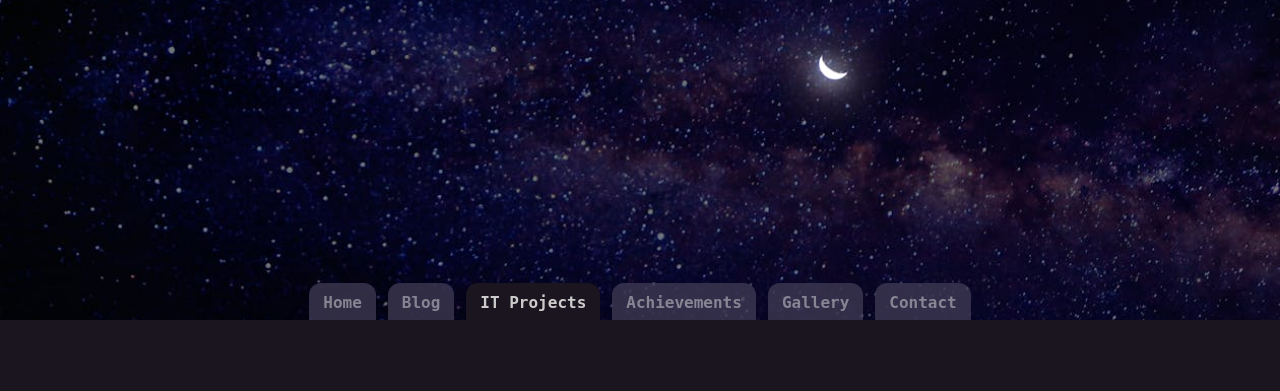
Repository: JMauve2233248/JiajyStudio
Page: Home.html
An editor plug-in stored every save of this project. The page is shown before and after the next save, followed by the edit.
The browser window is 1280 px wide. The pictures show the whole page.

Above is the page before, as saved 2026-03-04 21:10:44.

### Home.html
<!DOCTYPE html>
<html lang="en">
    <head>
        <meta charset="UTF-8" />
        <meta name="viewport" content="width=device-width, initial-scale=1.0" />
        <title>IT Portfolio</title>
        <link rel="stylesheet" href="styles.css" />
    </head>
    <body>
        <!--Header image-->
        <div class="header-image">
            <img src="images/header.png" alt="Header Image"/>
        </div>

        <nav class="tabs">
            <a class="tab" href="Home.html">Home</a>
            <a class="tab" href="Blog.html">Blog</a>
            <a class="tab active" href="ITprojects.html">IT Projects</a>
            <a class="tab" href="Achievement.html">Achievements</a>
            <a class="tab" href="Gallery.html">Gallery</a>
            <a class="tab" href="Contact.html">Contact</a>
        </nav>
    </body>
</html>

### styles.css
:root {
    /* Define color variables */
    /* Dark Mode*/
    --background-color: #1a151f; /*Dark Purple*/
    --purple-color: #3F3381; /*Purple*/
    --purple-glow-color: #dfdae7; /*Lighter Purple for Glow Effect*/
    --yellow-color: #FFD700; /*Yellow*/
}

body {
    font-family: 'Monospace', 'Lucida Sans', 'Lucida Sans Regular', 'Lucida Grande', 'Lucida Sans Unicode', Geneva, Verdana, sans-serif;
    background-color: var(--background-color);
    color: white;
    margin: 0;
}

footer {
    font-size: 0.5em;
    text-align: center;
    color: white;
}

/*Navigation Bar*/
.tabs {
    display: flex;
    gap: 12px;
    align-items: flex-end;
    padding: 0 16px;
    border-radius: 2px;
    background: none;
    position: relative;
    margin-top: -39px;
    justify-content: center;
    z-index: 10;
}

.tab {
    position: relative;
    padding: 10px 14px 8px;
    color: rgba(255, 255, 255, 0.416);
    text-decoration: none;
    font-weight: 600;
    background: rgba(64, 59, 84, 0.75);
    border-bottom: none;
    border-top-left-radius: 12px;
    border-top-right-radius: 12px;
    transform: translateY(2px);
}

.tab::before {
    content: "";
    position: absolute;
    top: -10px;
    left: 10px;
    width: 22px;
    height: 12px;
    border-bottom: none;
    border-top-left-radius: 10px;
    border-top-right-radius: 10px;
}

.tab:hover {
    color: var(--yellow-color);
}

.tab.active {
    background-color: var(--background-color);
    color: #ccc;
}

.tab.active:hover {
    color: var(--yellow-color);
}

/*ITprojects.html*/
.header-image {
    position: relative;
    width: 100%;
    height: 20rem;
    overflow: hidden;
}

.header-image img {
    width: 100%;
    height: 100%;
    object-fit: cover;
    object-position: center;
    display: block;
}

.IT_header {
    text-align: center;
}

.logo {
    width: auto;
    height: 200px;
    border-radius: 50%;
}

.about-me {
    margin: 20px;
    padding: 20px;
    background-color: #f0f0f0;
    color: black;
    border-radius: 10px;
}

.about-me h1 {
    margin-top: 0;
    background-color: var(--background-color);
    color: white;
    width: fit-content;
    padding: 5px 10px;
    border-radius: 15px;
}

.skills {
    margin: 20px;
    padding: 20px;
}

.skills-list {
    list-style-type: none;
    padding: 0;
}

.skills-list li::before {
    content: "✦ ";
    color: var(--yellow-color);
}

.ITprojects {
    display: flex;
    flex-direction: column;
    margin:0;
    padding: 20px;
    background-color: #f0f0f0;
    color: black;
}

.ITprojects h1 {
    margin-top: 0;
    background-color: var(--background-color);
    color: white;
    width: fit-content;
    padding: 15px 15px;
    border-radius: 10px;
}

.project {
    display: flex;
    align-items: center;
    gap: 40px;
    margin: 20px 0;
    padding: 20px;
    border-radius: 10px;
}

.project:hover{
    background-color: var(--purple-glow-color);
}

.project-image {
    width: 300px;
    height: 200px;
    background-color: #ccc;
}

.project-text {
    flex: 1;
}

.view-project {
    display: inline-block;
    margin-top: 10px;
    padding: 10px 20px;
    background-color: var(--purple-color);
    color: white;
    text-decoration: none;
    border-radius: 5px;
}

.project_reverse {
    display: flex;
    gap: 40px;
    padding: 20px;
    border-radius: 10px;
    flex-direction: row-reverse;
    text-align: right;
}

.project_reverse:hover{
    background-color: var(--purple-glow-color);
}

.contact {
    margin: 20px;
    padding: 20px;
    border-radius: 10px;
}

After the next save:
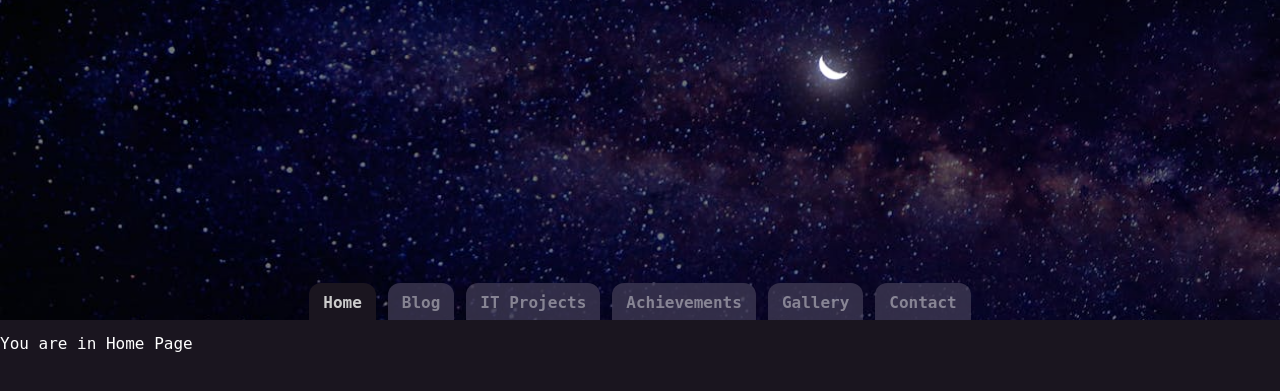
Saved 42 s later.
--- a/Home.html
+++ b/Home.html
@@ -13,12 +13,14 @@
         </div>
 
         <nav class="tabs">
-            <a class="tab" href="Home.html">Home</a>
+            <a class="tab active" href="Home.html">Home</a>
             <a class="tab" href="Blog.html">Blog</a>
-            <a class="tab active" href="ITprojects.html">IT Projects</a>
+            <a class="tab" href="ITprojects.html">IT Projects</a>
             <a class="tab" href="Achievement.html">Achievements</a>
             <a class="tab" href="Gallery.html">Gallery</a>
             <a class="tab" href="Contact.html">Contact</a>
         </nav>
+
+        <p>You are in Home Page</p>
     </body>
 </html>
